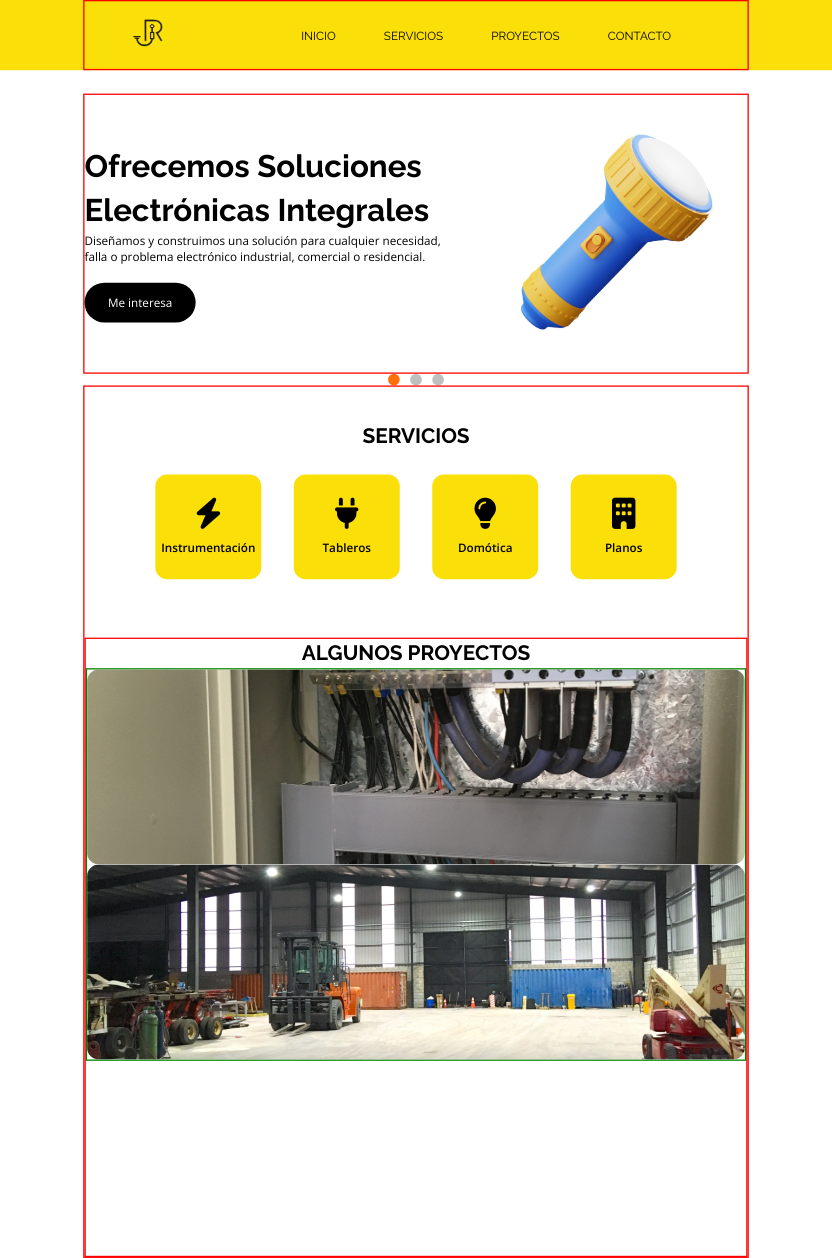
Repository: jeraldinnemg/rjelectronics
Page: index.html
These files come from the project's save history. The page is drawn as it stood at one moment and after the next save; the edit follows.
The browser window is 1280 px wide. The pictures show the whole page, at 65% of full size.
Some web libraries are served in a nearby version.

Above is the page before, as saved 2022-08-03 23:53:36.

After the next save:
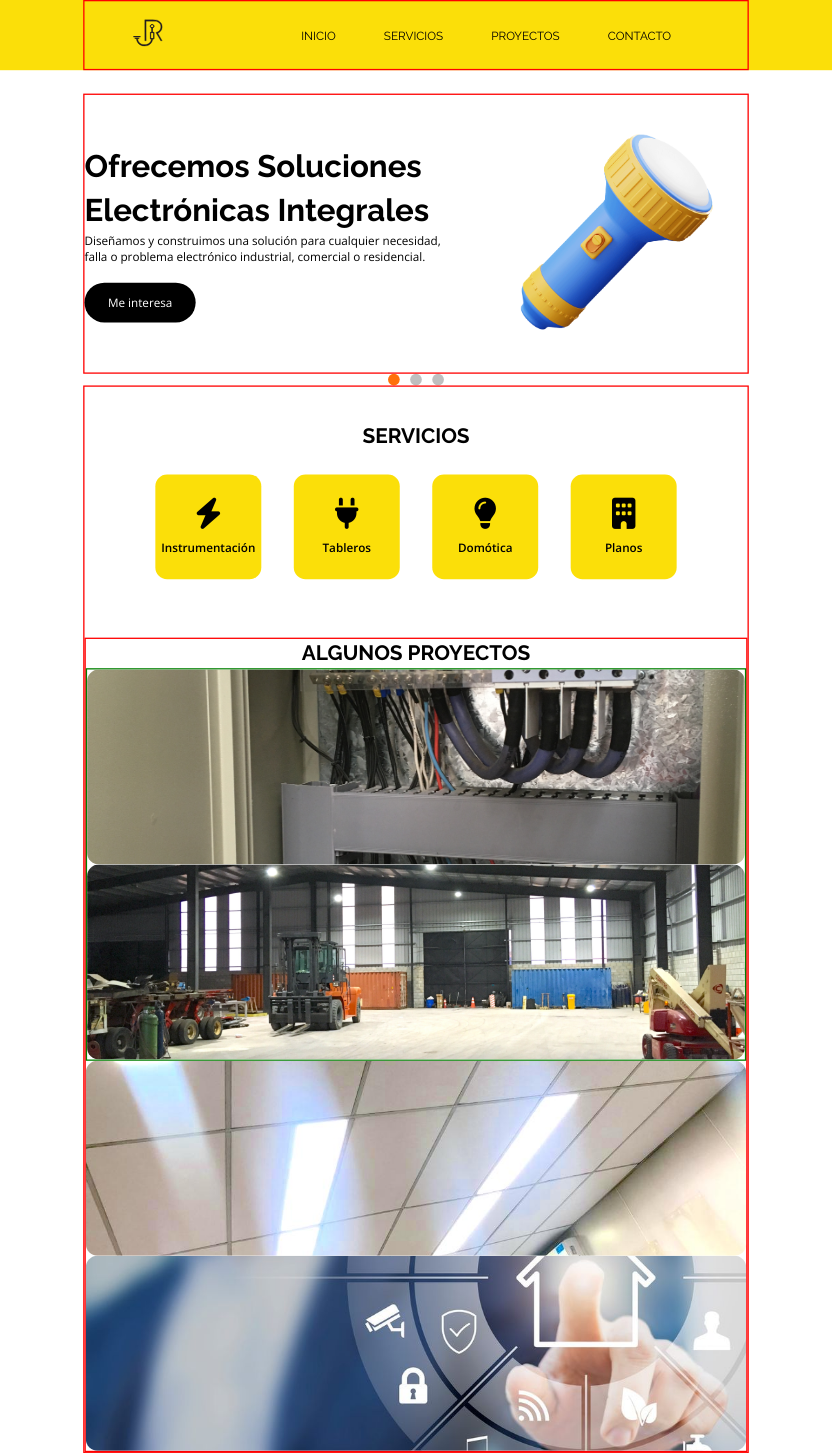
Saved 9 s later.
--- a/index.html
+++ b/index.html
@@ -129,7 +129,7 @@
                     </div>
                 </article>
             </div>
-            <div class="container row projects-container">
+            <div class="projects-container">
                 <article class="project" style="background-image: url('img/iluminacion-oficinas.jpeg') ">
                     <div class="project-overlay">
                         <h2 class="overlay-text fs-500 uppercase">Iluminación de oficina</h2>
